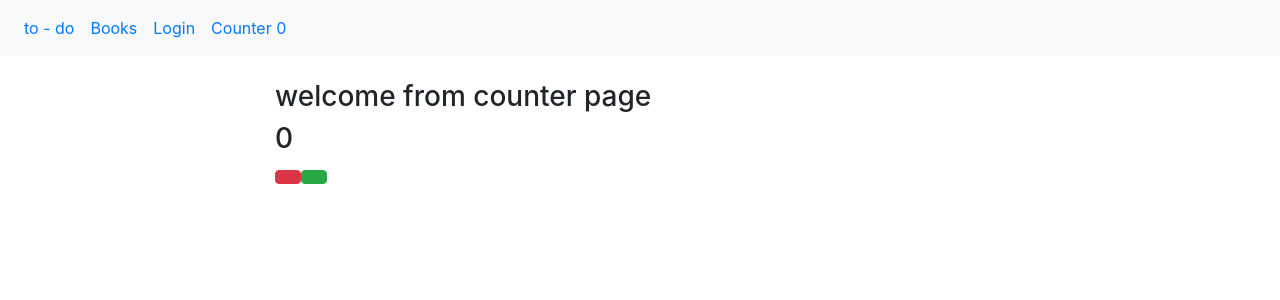
Repository: omniabadry/react-test
Page: /Counter
The author's editor kept a copy of each file at every save. The page is drawn from the files as they stood at one save, then again after the next save.
The browser window is 1280 px wide. The pictures show the whole page.
The project was rebuilt for these pictures with package versions that can differ from the ones it lists, and the page was loaded fresh each time.

Above is the page before, as saved 2021-02-09 17:46:19.

### src/index.js
import React from 'react';
import ReactDOM from 'react-dom';
import './index.css';
import App from './App';
import reportWebVitals from './reportWebVitals';
import 'bootstrap/dist/css/bootstrap.min.css';
import store  from "./store/store";
import { Provider } from "react-redux";

ReactDOM.render(
  <React.StrictMode>
    <Provider store={store}>
<App />
</Provider>
  </React.StrictMode>,
  document.getElementById('root')
);

// If you want to start measuring performance in your app, pass a function
// to log results (for example: reportWebVitals(console.log))
// or send to an analytics endpoint. Learn more: https://bit.ly/CRA-vitals
reportWebVitals();

### src/App.js
import React from 'react';
import { Collapse, Navbar, NavbarToggler, Nav, NavItem, NavLink } from 'reactstrap';
import { BrowserRouter as Router, Link } from "react-router-dom";
import Routes from "./Routes";
import { useSelector } from "react-redux";

function App() {
    let c = useSelector((state) => state.counterReducer.counter)

    return (
        <Router>
        <Navbar color="light" light expand="md" >
            <NavbarToggler />
            <Collapse navbar >
                <Nav className="mr-auto" navbar >
                    <NavItem>
                        <NavLink><Link to="/ToDo"> to - do </Link></NavLink >
                    </NavItem>
                    <NavItem>
                        <NavLink > < Link to="/Books" > Books </Link></NavLink>
                    </NavItem>
                    <NavItem>
                        <NavLink> < Link to="/login" > Login </Link></NavLink>
                    </NavItem>
                    <NavItem>
                        <NavLink> < Link to="/counter" > Counter {c} </Link></NavLink>
                    </NavItem>
                </Nav>
            </Collapse>
        </Navbar>
        <Routes />
    </Router>
    );
}

export default App;

### src/store/store.js
import { createStore } from "redux";
import reducer from "./combineReducer";
const devTools =
    window.__REDUX_DEVTOOLS_EXTENSION__ &&
    window.__REDUX_DEVTOOLS_EXTENSION__();

const store = createStore(reducer, devTools);

export default store;

### src/Routes.js
import React, { Suspense } from "react";
import { Route , Switch} from "react-router-dom";

const Login = React.lazy(() => import('./components/login'));
const Books = React.lazy(() => import("./components/books"));
const ToDo = React.lazy(() => import("./components/to-do"));
const Counter = React.lazy(() => import("./components/counter"));


export default function Routes() {
    return (
      <Suspense fallback="loading.....">
        <Switch>
          <Route path="/login" exact component={Login} />
          <Route path="/Books" exact component={Books} />
          <Route path="/ToDo" exact component={ToDo} />
          <Route path="/Counter" exact component={Counter} />

        </Switch>
      </Suspense>
    );
  }

### src/store/combineReducer.js
import { combineReducers } from "redux";
import counterReducer from "./counterReducer";

export default combineReducers({
    counterReducer
})

### src/components/counter.js
import React from "react";
import { useDispatch,useSelector } from "react-redux";
import { setCounter } from "../store/actions";


export default function Counter(){
    let c = useSelector((state)=>state.counterReducer.counter);

    const dispatch = useDispatch();

    const increment =()=>{
        dispatch(setCounter(c+1));
    }

    const decrement =()=>{
        dispatch(setCounter(c-1));
    }

    return(
        <>
        <div className="container mt-4 counter">
            <div className="row">
                <div className="col-2"></div>
                <div className="col-8">
                    <h3>welcome from counter page</h3>
                    <h3>{c}</h3>
                    <button className="btn btn-danger" onClick={decrement}></button>
                    <button className="btn btn-success" onClick={increment}></button>
                </div>
                <div className="col-2"></div>
            </div>
        </div>
        </>
    );
}

### src/store/counterReducer.js
import * as types from "./types";
export default (state = { counter: 0 }, action) => {
    switch (action.type) {
        case types.SET_COUNTER:
            return {
                ...state,
                counter: action.payload,
            };
        default:
            return state;
    }
};

### src/store/actions.js
import * as types from "./types";

export const setCounter = (payload) => ({
    type: types.SET_COUNTER,
    payload: payload,
});

### src/store/types.js
export const SET_COUNTER = "SET_COUNTER";

Loaded but not shown: public/index.html (common file); src/index.css (common file); src/reportWebVitals.js (common file)

After the next save:
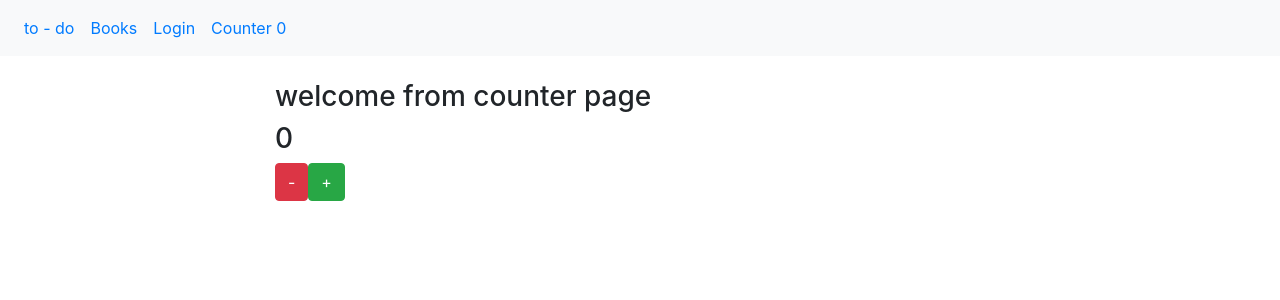
Saved 94 s later.
--- a/src/components/counter.js
+++ b/src/components/counter.js
@@ -24,8 +24,8 @@ export default function Counter(){
                 <div className="col-8">
                     <h3>welcome from counter page</h3>
                     <h3>{c}</h3>
-                    <button className="btn btn-danger" onClick={decrement}></button>
-                    <button className="btn btn-success" onClick={increment}></button>
+                    <button className="btn btn-danger" onClick={decrement}>-</button>
+                    <button className="btn btn-success" onClick={increment}>+</button>
                 </div>
                 <div className="col-2"></div>
             </div>
